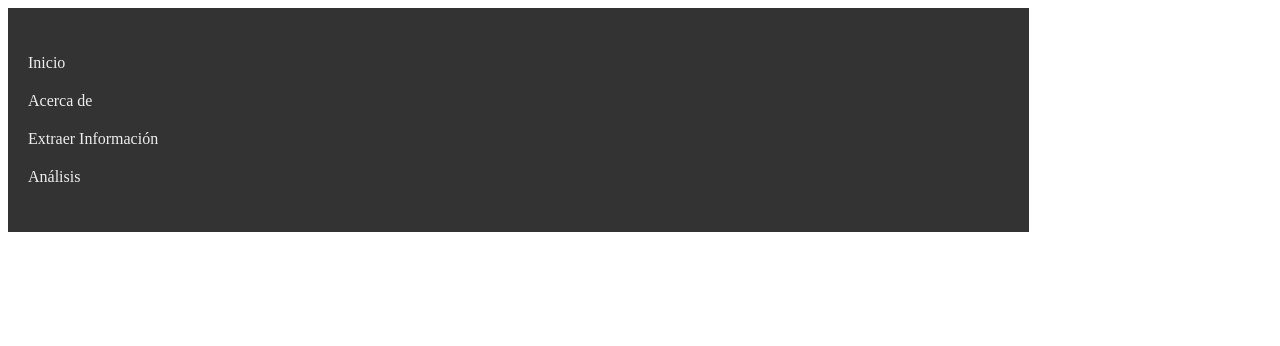
Repository: marcoBartolo55/data_analysis_app_-dev_project
Page: http://localhost/
An editor plug-in stored every save of this project. The page is shown before and after the next save, followed by the edit.
The browser window is 1280 px wide. The pictures show the whole page.
The page is served by the project's application, run on Flask 3 (app/app.py).

Above is the page before, as saved 2025-10-19 22:42:45.

After the next save:
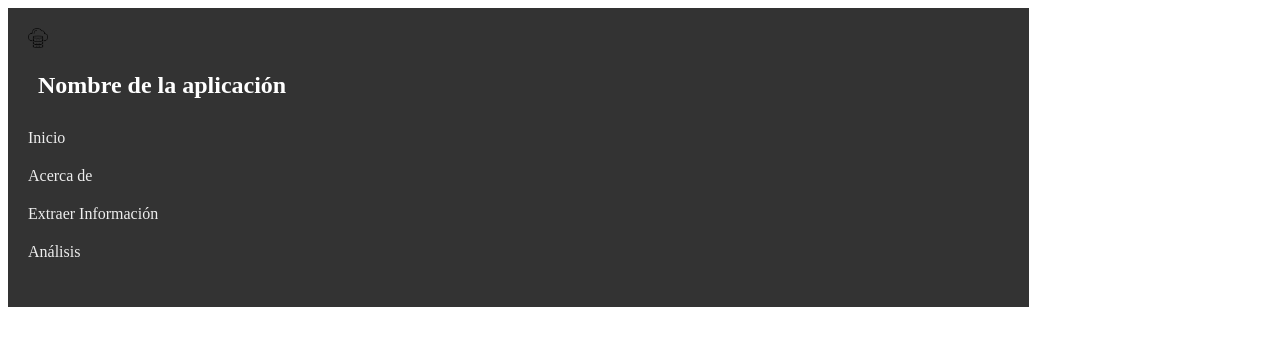
Saved 4 s later.
--- a/templates/index.html
+++ b/templates/index.html
@@ -11,7 +11,12 @@
 <body>
     <div class="container">
         <div class="side-bar">
-
+                    <div class="logo-div">
+            <img class="logo-img" src="../static/images/logo.png" alt="Logo">
+        </div>
+        <div class="title-div">
+            <h2>Nombre de la aplicación</h2>
+        </div>
             <nav>
                 <ul>
                     <li><a href="index.html">Inicio</a></li>
